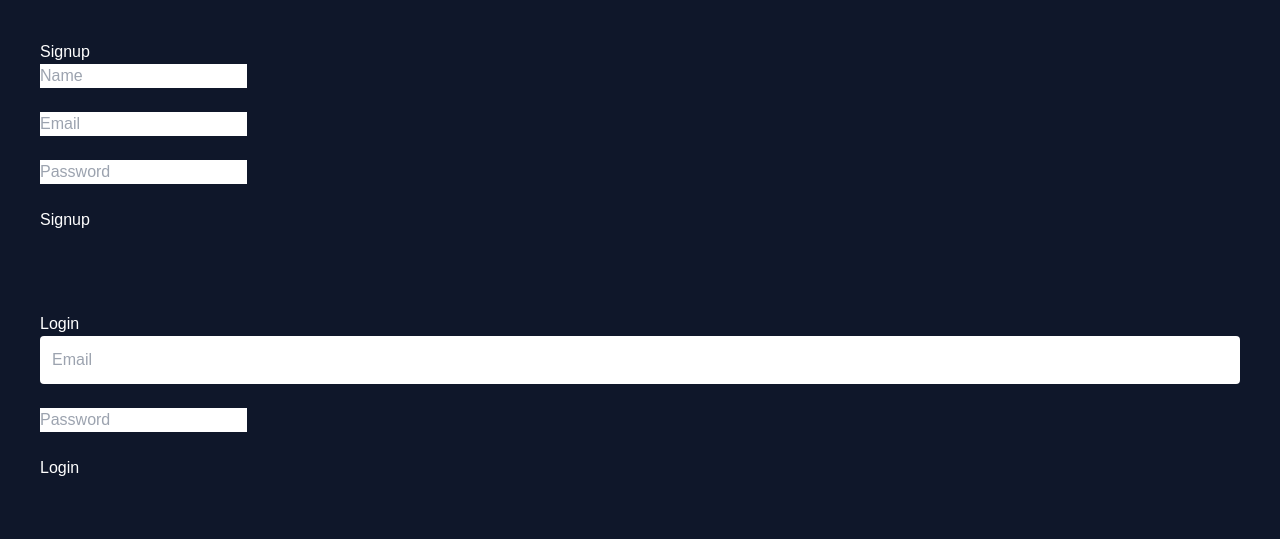
Repository: codelearnAayush/AI-Security-Monitoring-Platform
Page: / (app in frontend/)
These files come from the project's save history. The page is drawn as it stood at one moment and after the next save; the edit follows.
The browser window is 1280 px wide. The pictures show the whole page.
The project was rebuilt for these pictures with package versions that can differ from the ones it lists, and the page was loaded fresh each time. Also part of the build but not shown: frontend/vite.config.js, frontend/src/services/api.js, frontend/src/components/ThreatCard.jsx, frontend/src/components/UrlScanner.jsx, frontend/src/components/Dashboard.jsx.

Above is the page before, as saved 2026-05-28 14:49:02.

After the next save:
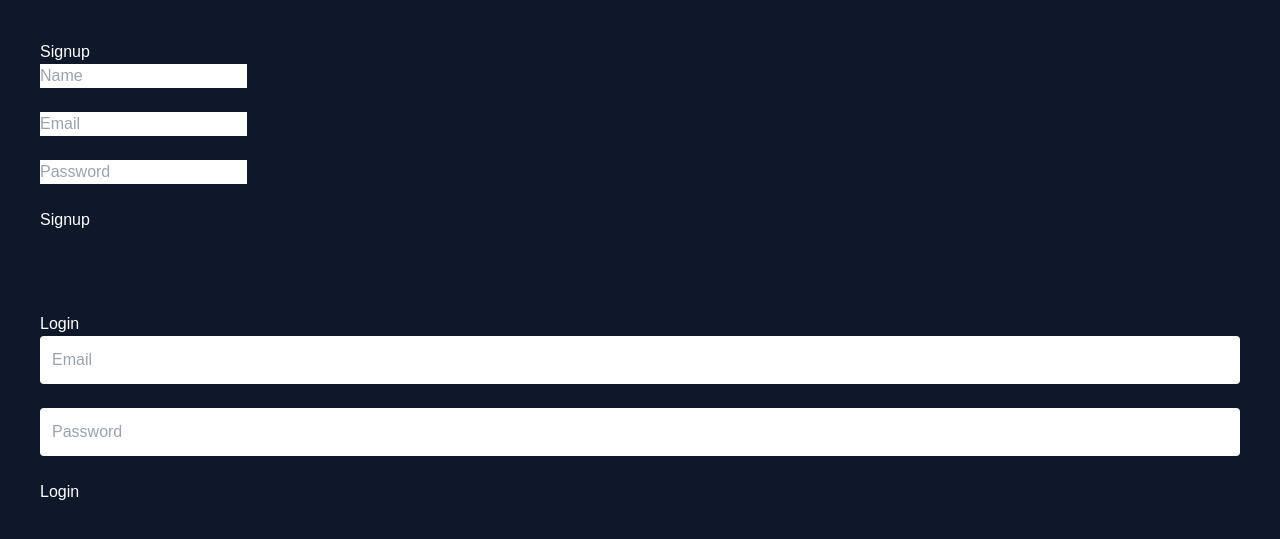
Saved 28 s later.
--- a/frontend/src/pages/Login.jsx
+++ b/frontend/src/pages/Login.jsx
@@ -47,11 +47,12 @@ function Login() {
 />
             <br /><br />
 
-            <input
-                type="password"
-                placeholder="Password"
-                onChange={(e) => setPassword(e.target.value)}
-            />
+           <input
+    type="password"
+    placeholder="Password"
+    onChange={(e) => setPassword(e.target.value)}
+    className="w-full p-3 rounded bg-white text-black"
+/>
 
             <br /><br />
 
